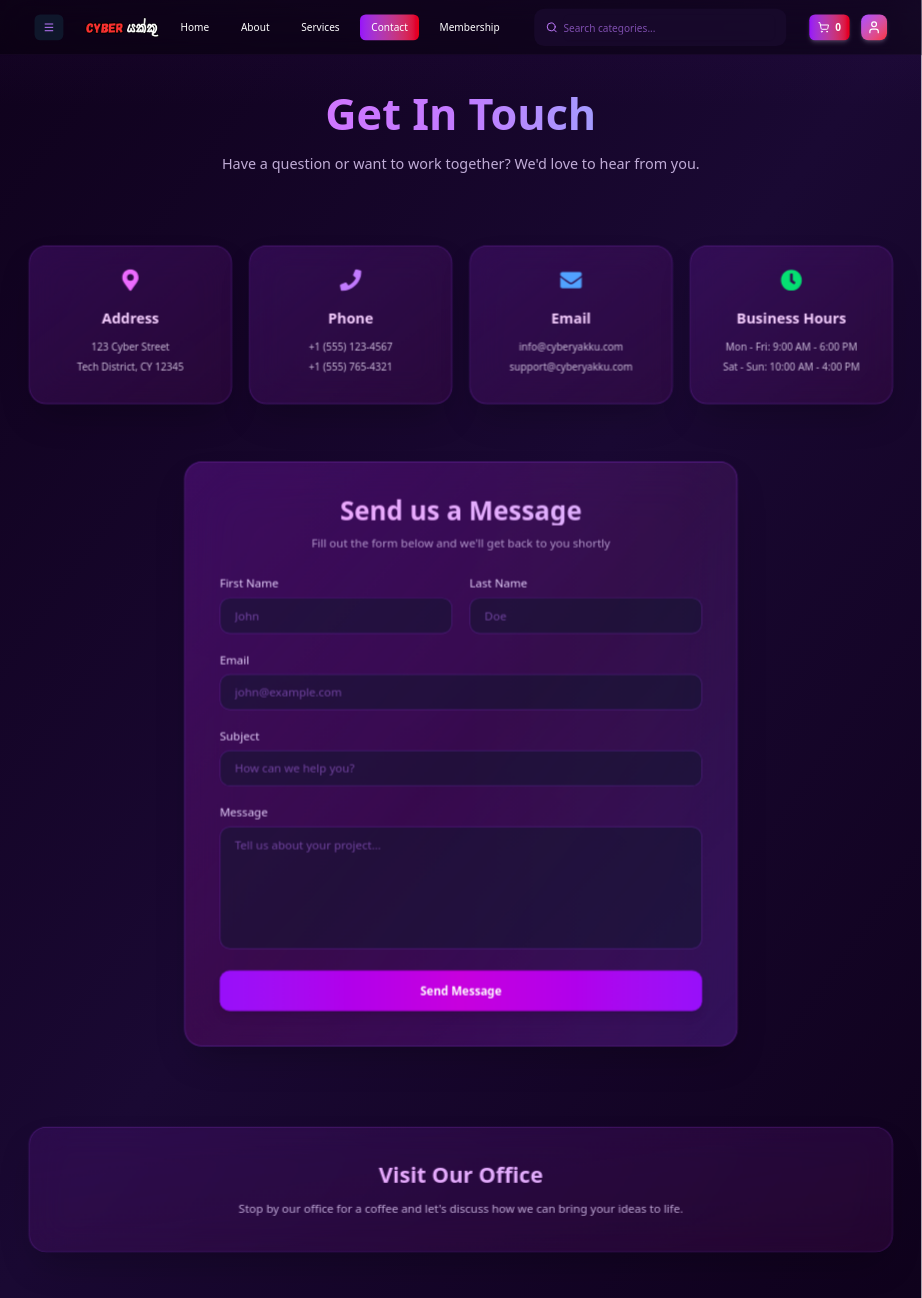
Repository: chamodya-hirusha/mta_sa_cyber_yakku_web
Page: /contact
The author's editor kept a copy of each file at every save. The page is drawn from the files as they stood at one save, then again after a run of saves.
The browser window is 1280 px wide. The pictures show the whole page, at 72% of full size.
The project was rebuilt for these pictures with package versions that can differ from the ones it lists, and the page was loaded fresh each time. The framework's server and built-in components were replaced by stand-ins that run in the browser. Also part of the build but not shown: next.config.mjs, components/user/UserProfileSection.jsx, components/navigation/NavigationLinks.jsx, components/ui/dialog.jsx, components/LoginPopup.jsx. Imported but missing from the stored project, and not drawn on this page: components/AdditionalMenu, components/SideNavHeader.

Above is the page before, as saved 2025-10-19 14:01:30.

### app/contact/page.jsx
"use client";

import React, { useState } from "react";
import { FaMapMarkerAlt, FaPhone, FaEnvelope, FaClock } from "react-icons/fa";
import SideNav from '../../components/SideNav';
import HeaderBar from '../../components/HeaderBar';

export default function ContactPage() {
  const [cart, setCart] = useState([]);
  const [showCart, setShowCart] = useState(false);
  const [sidenavOpen, setShowSidenav] = useState(false);
  const [isLoggedIn, setIsLoggedIn] = useState(false);
  const [activeTab, setActiveTab] = useState('contact');
  const [formData, setFormData] = useState({
    firstName: '',
    lastName: '',
    email: '',
    subject: '',
    message: ''
  });
  const [focusedField, setFocusedField] = useState(null);

  const headerTabs = [
    { id: 'contact', label: 'Contact', icon: '📞' },
  ];

  const contactInfo = [
    {
      icon: <FaMapMarkerAlt className="text-3xl text-fuchsia-400" />,
      title: "Address",
      details: ["123 Cyber Street", "Tech District, CY 12345"],
      gradient: "from-purple-600/20 to-fuchsia-600/20"
    },
    {
      icon: <FaPhone className="text-3xl text-purple-400" />,
      title: "Phone",
      details: ["+1 (555) 123-4567", "+1 (555) 765-4321"],
      gradient: "from-blue-600/20 to-purple-600/20"
    },
    {
      icon: <FaEnvelope className="text-3xl text-blue-400" />,
      title: "Email",
      details: ["info@cyberyakku.com", "support@cyberyakku.com"],
      gradient: "from-cyan-600/20 to-blue-600/20"
    },
    {
      icon: <FaClock className="text-3xl text-green-400" />,
      title: "Business Hours",
      details: ["Mon - Fri: 9:00 AM - 6:00 PM", "Sat - Sun: 10:00 AM - 4:00 PM"],
      gradient: "from-green-600/20 to-emerald-600/20"
    }
  ];

  const handleSubmit = (e) => {
    e.preventDefault();
    console.log('Form submitted:', formData);
  };

  const handleChange = (e) => {
    setFormData({
      ...formData,
      [e.target.name]: e.target.value
    });
  };

  return (
    <div className="min-h-screen bg-gradient-to-br from-[#0f021c] via-[#1a0933] to-[#0f021c] text-gray-100">

      {/* Side Navigation */}
      <SideNav
        isLoggedIn={isLoggedIn}
        setIsLoggedIn={setIsLoggedIn}
        sidenavOpen={sidenavOpen}
        setShowSidenav={setShowSidenav}
        activeTab="contact"
        setActiveTab={setActiveTab}
      />

      {/* Header */}
      <HeaderBar
        cartCount={cart.length}
        onCartClick={() => setShowCart(!showCart)}
        onMenuClick={() => setShowSidenav(!sidenavOpen)}
        headerTabs={headerTabs}
        activeTab={activeTab}
        setActiveTab={setActiveTab}
      />

      {/* Hero Section */}
      <section className="pt-32 pb-12 px-6 relative overflow-hidden">
        <div className="absolute inset-0 bg-gradient-to-b from-purple-900/10 via-transparent to-transparent pointer-events-none"></div>
        <div className="container mx-auto text-center relative z-10">
          <h1 className="text-5xl md:text-6xl font-bold mb-6 bg-gradient-to-r from-fuchsia-400 via-purple-400 to-cyan-400 bg-clip-text text-transparent">
            Get In Touch
          </h1>
          <p className="text-xl text-purple-200/80 max-w-2xl mx-auto leading-relaxed">
            Have a question or want to work together? We'd love to hear from you.
          </p>
        </div>
      </section>

      {/* Contact Information Cards */}
      <section className="py-12 px-6">
        <div className="container mx-auto">
          <div className="grid md:grid-cols-2 lg:grid-cols-4 gap-6 mb-20">
            {contactInfo.map((info, index) => (
              <div
                key={index}
                className="group relative bg-gradient-to-br from-purple-900/40 to-fuchsia-900/20 backdrop-blur-xl p-8 rounded-3xl shadow-2xl border border-purple-500/30 text-center hover:scale-105 transition-all duration-300 hover:shadow-fuchsia-500/20 overflow-hidden"
              >
                <div className={`absolute inset-0 bg-gradient-to-br ${info.gradient} opacity-0 group-hover:opacity-100 transition-opacity duration-300`}></div>
                <div className="relative z-10">
                  <div className="mb-6 flex justify-center transform group-hover:scale-110 group-hover:rotate-6 transition-transform duration-300">
                    {info.icon}
                  </div>
                  <h3 className="text-xl font-bold mb-4 text-fuchsia-200">
                    {info.title}
                  </h3>
                  {info.details.map((detail, idx) => (
                    <p key={idx} className="text-purple-100/80 mb-2 text-sm">
                      {detail}
                    </p>
                  ))}
                </div>
              </div>
            ))}
          </div>

          {/* Contact Form */}
          <div className="max-w-3xl mx-auto">
            <div className="bg-gradient-to-br from-purple-900/50 via-fuchsia-900/30 to-purple-900/50 backdrop-blur-2xl p-10 md:p-12 rounded-3xl shadow-2xl border border-purple-500/40 relative overflow-hidden">
              {/* Animated background effect */}
              <div className="absolute inset-0 bg-gradient-to-r from-fuchsia-600/5 via-purple-600/5 to-cyan-600/5 animate-pulse"></div>

              <div className="relative z-10">
                <h2 className="text-4xl font-bold mb-3 text-center bg-gradient-to-r from-fuchsia-300 to-purple-300 bg-clip-text text-transparent">
                  Send us a Message
                </h2>
                <p className="text-center text-purple-200/70 mb-8">
                  Fill out the form below and we'll get back to you shortly
                </p>

                <form onSubmit={handleSubmit} className="space-y-6">
                  <div className="grid md:grid-cols-2 gap-6">
                    <div>
                      <label className="block text-purple-200 mb-2 font-medium">First Name</label>
                      <input
                        type="text"
                        name="firstName"
                        value={formData.firstName}
                        onChange={handleChange}
                        onFocus={() => setFocusedField('firstName')}
                        onBlur={() => setFocusedField(null)}
                        className={`w-full bg-slate-900/50 border ${focusedField === 'firstName' ? 'border-fuchsia-500' : 'border-purple-500/30'} rounded-xl px-5 py-3 text-white placeholder-purple-400/50 focus:ring-2 focus:ring-fuchsia-500/50 focus:border-fuchsia-500 transition-all duration-300 outline-none`}
                        placeholder="John"
                      />
                    </div>
                    <div>
                      <label className="block text-purple-200 mb-2 font-medium">Last Name</label>
                      <input
                        type="text"
                        name="lastName"
                        value={formData.lastName}
                        onChange={handleChange}
                        onFocus={() => setFocusedField('lastName')}
                        onBlur={() => setFocusedField(null)}
                        className={`w-full bg-slate-900/50 border ${focusedField === 'lastName' ? 'border-fuchsia-500' : 'border-purple-500/30'} rounded-xl px-5 py-3 text-white placeholder-purple-400/50 focus:ring-2 focus:ring-fuchsia-500/50 focus:border-fuchsia-500 transition-all duration-300 outline-none`}
                        placeholder="Doe"
                      />
                    </div>
                  </div>

                  <div>
                    <label className="block text-purple-200 mb-2 font-medium">Email</label>
                    <input
                      type="email"
                      name="email"
                      value={formData.email}
                      onChange={handleChange}
                      onFocus={() => setFocusedField('email')}
                      onBlur={() => setFocusedField(null)}
                      className={`w-full bg-slate-900/50 border ${focusedField === 'email' ? 'border-fuchsia-500' : 'border-purple-500/30'} rounded-xl px-5 py-3 text-white placeholder-purple-400/50 focus:ring-2 focus:ring-fuchsia-500/50 focus:border-fuchsia-500 transition-all duration-300 outline-none`}
                      placeholder="john@example.com"
                    />
                  </div>

                  <div>
                    <label className="block text-purple-200 mb-2 font-medium">Subject</label>
                    <input
                      type="text"
                      name="subject"
                      value={formData.subject}
                      onChange={handleChange}
                      onFocus={() => setFocusedField('subject')}
                      onBlur={() => setFocusedField(null)}
                      className={`w-full bg-slate-900/50 border ${focusedField === 'subject' ? 'border-fuchsia-500' : 'border-purple-500/30'} rounded-xl px-5 py-3 text-white placeholder-purple-400/50 focus:ring-2 focus:ring-fuchsia-500/50 focus:border-fuchsia-500 transition-all duration-300 outline-none`}
                      placeholder="How can we help you?"
                    />
                  </div>

                  <div>
                    <label className="block text-purple-200 mb-2 font-medium">Message</label>
                    <textarea
                      name="message"
                      value={formData.message}
                      onChange={handleChange}
                      onFocus={() => setFocusedField('message')}
                      onBlur={() => setFocusedField(null)}
                      rows="6"
                      className={`w-full bg-slate-900/50 border ${focusedField === 'message' ? 'border-fuchsia-500' : 'border-purple-500/30'} rounded-xl px-5 py-3 text-white placeholder-purple-400/50 focus:ring-2 focus:ring-fuchsia-500/50 focus:border-fuchsia-500 transition-all duration-300 outline-none resize-none`}
                      placeholder="Tell us about your project..."
                    ></textarea>
                  </div>

                  <button
                    type="submit"
                    className="w-full bg-gradient-to-r from-purple-600 via-fuchsia-600 to-purple-600 hover:from-purple-700 hover:via-fuchsia-700 hover:to-purple-700 text-white font-bold py-4 px-8 rounded-xl transition-all duration-300 shadow-lg hover:shadow-fuchsia-500/50 transform hover:scale-[1.02] active:scale-[0.98] relative overflow-hidden group"
                  >
                    <span className="relative z-10">Send Message</span>
                    <div className="absolute inset-0 bg-gradient-to-r from-fuchsia-600 to-purple-600 opacity-0 group-hover:opacity-100 transition-opacity duration-300"></div>
                  </button>
                </form>
              </div>
            </div>
          </div>
        </div>
      </section>

      {/* Map or Additional Section */}
      <section className="py-16 px-6">
        <div className="container mx-auto">
          <div className="bg-gradient-to-br from-purple-900/30 to-fuchsia-900/20 backdrop-blur-xl p-12 rounded-3xl shadow-2xl border border-purple-500/30 text-center">
            <h3 className="text-3xl font-bold mb-4 bg-gradient-to-r from-fuchsia-300 to-purple-300 bg-clip-text text-transparent">
              Visit Our Office
            </h3>
            <p className="text-purple-200/80 max-w-2xl mx-auto">
              Stop by our office for a coffee and let's discuss how we can bring your ideas to life.
            </p>
          </div>
        </div>
      </section>
    </div>
  );
}

### components/ui/sheet.jsx
"use client"

import * as React from "react"
import * as SheetPrimitive from "@radix-ui/react-dialog"
import { XIcon } from "lucide-react"

import { cn } from "@/lib/utils"

function Sheet({
  ...props
}) {
  return <SheetPrimitive.Root data-slot="sheet" {...props} />;
}

function SheetTrigger({
  ...props
}) {
  return <SheetPrimitive.Trigger data-slot="sheet-trigger" {...props} />;
}

function SheetClose({
  ...props
}) {
  return <SheetPrimitive.Close data-slot="sheet-close" {...props} />;
}

function SheetPortal({
  ...props
}) {
  return <SheetPrimitive.Portal data-slot="sheet-portal" {...props} />;
}

function SheetOverlay({
  className,
  ...props
}) {
  return (
    <SheetPrimitive.Overlay
      data-slot="sheet-overlay"
      className={cn(
        "data-[state=open]:animate-in data-[state=closed]:animate-out data-[state=closed]:fade-out-0 data-[state=open]:fade-in-0 fixed inset-0 z-50 bg-black/50",
        className
      )}
      {...props} />
  );
}

function SheetContent({
  className,
  children,
  side = "right",
  ...props
}) {
  return (
    <SheetPortal>
      <SheetOverlay />
      <SheetPrimitive.Content
        data-slot="sheet-content"
        className={cn(
          "bg-background data-[state=open]:animate-in data-[state=closed]:animate-out fixed z-50 flex flex-col gap-4 shadow-lg transition ease-in-out data-[state=closed]:duration-300 data-[state=open]:duration-500",
          side === "right" &&
            "data-[state=closed]:slide-out-to-right data-[state=open]:slide-in-from-right inset-y-0 right-0 h-full w-3/4 border-l sm:max-w-sm",
          side === "left" &&
            "data-[state=closed]:slide-out-to-left data-[state=open]:slide-in-from-left inset-y-0 left-0 h-full w-3/4 border-r sm:max-w-sm",
          side === "top" &&
            "data-[state=closed]:slide-out-to-top data-[state=open]:slide-in-from-top inset-x-0 top-0 h-auto border-b",
          side === "bottom" &&
            "data-[state=closed]:slide-out-to-bottom data-[state=open]:slide-in-from-bottom inset-x-0 bottom-0 h-auto border-t",
          className
        )}
        {...props}>
        {children}
        <SheetPrimitive.Close
          className="ring-offset-background focus:ring-ring data-[state=open]:bg-secondary absolute top-4 right-4 rounded-xs opacity-70 transition-opacity hover:opacity-100 focus:ring-2 focus:ring-offset-2 focus:outline-hidden disabled:pointer-events-none">
          <XIcon className="size-4" />
          <span className="sr-only">Close</span>
        </SheetPrimitive.Close>
      </SheetPrimitive.Content>
    </SheetPortal>
  );
}

function SheetHeader({
  className,
  ...props
}) {
  return (
    <div
      data-slot="sheet-header"
      className={cn("flex flex-col gap-1.5 p-4", className)}
      {...props} />
  );
}

function SheetFooter({
  className,
  ...props
}) {
  return (
    <div
      data-slot="sheet-footer"
      className={cn("mt-auto flex flex-col gap-2 p-4", className)}
      {...props} />
  );
}

function SheetTitle({
  className,
  ...props
}) {
  return (
    <SheetPrimitive.Title
      data-slot="sheet-title"
      className={cn("text-foreground font-semibold", className)}
      {...props} />
  );
}

function SheetDescription({
  className,
  ...props
}) {
  return (
    <SheetPrimitive.Description
      data-slot="sheet-description"
      className={cn("text-muted-foreground text-sm", className)}
      {...props} />
  );
}

export {
  Sheet,
  SheetTrigger,
  SheetClose,
  SheetContent,
  SheetHeader,
  SheetFooter,
  SheetTitle,
  SheetDescription,
}

### components/ui/button.jsx
import * as React from "react"
import { Slot } from "@radix-ui/react-slot"
import { cva } from "class-variance-authority";

import { cn } from "@/lib/utils"

const buttonVariants = cva(
  "inline-flex items-center justify-center gap-2 whitespace-nowrap rounded-md text-sm font-medium transition-all disabled:pointer-events-none disabled:opacity-50 [&_svg]:pointer-events-none [&_svg:not([class*='size-'])]:size-4 shrink-0 [&_svg]:shrink-0 outline-none focus-visible:border-ring focus-visible:ring-ring/50 focus-visible:ring-[3px] aria-invalid:ring-destructive/20 dark:aria-invalid:ring-destructive/40 aria-invalid:border-destructive",
  {
    variants: {
      variant: {
        default: "bg-primary text-primary-foreground hover:bg-primary/90",
        destructive:
          "bg-destructive text-white hover:bg-destructive/90 focus-visible:ring-destructive/20 dark:focus-visible:ring-destructive/40 dark:bg-destructive/60",
        outline:
          "border bg-background shadow-xs hover:bg-accent hover:text-accent-foreground dark:bg-input/30 dark:border-input dark:hover:bg-input/50",
        secondary:
          "bg-secondary text-secondary-foreground hover:bg-secondary/80",
        ghost:
          "hover:bg-accent hover:text-accent-foreground dark:hover:bg-accent/50",
        link: "text-primary underline-offset-4 hover:underline",
      },
      size: {
        default: "h-9 px-4 py-2 has-[>svg]:px-3",
        sm: "h-8 rounded-md gap-1.5 px-3 has-[>svg]:px-2.5",
        lg: "h-10 rounded-md px-6 has-[>svg]:px-4",
        icon: "size-9",
        "icon-sm": "size-8",
        "icon-lg": "size-10",
      },
    },
    defaultVariants: {
      variant: "default",
      size: "default",
    },
  }
)

function Button({
  className,
  variant,
  size,
  asChild = false,
  children,
  ...props
}) {
  const Comp = asChild ? Slot : "button"
return (
  <Comp
    data-slot="button"
    className={cn(buttonVariants({ variant, size, className }))}
    {...props}>
    {children}
  </Comp>
);
}

export { Button, buttonVariants }

### components/HeaderNav.jsx
"use client"
import Link from "next/link";
import { usePathname } from "next/navigation";
import { Button } from "./ui/button";

const links = [
    {
        name: "home",
        path: "/"
    },
    {
        name: "about",
        path: "/about"
    },
    {
        name: "services",
        path: "/services"
    },
    {
        name: "contact",
        path: "/contact"
    },
    {
        name: "membership",
        path: "/membership"
    }
];

const Nav = () => {
    const pathname = usePathname();
    console.log(pathname);

    return (
        <nav className="flex gap-3">
            {links.map((link, index) => {
                const isActive = link.path === pathname;
                const isHomeActive = isActive && link.path === "/";

                return (
                    <Button
                        key={index}
                        asChild
                        variant={isActive ? "default" : "ghost"}
                        className={
                            isHomeActive
                                ? "bg-gradient-to-r from-purple-400  to-amber-600 text-black hover:from-amber-500 hover:to-amber-700"
                                : isActive
                                ? "bg-gradient-to-r from-purple-600 to-red-600 text-white"
                                : "text-white hover:text-purple300 hover:bg-purple-900/30"
                        }
                        aria-current={isActive ? "page" : undefined}
                    >
                        <Link href={link.path} className="capitalize">
                            {link.name}
                        </Link>
                    </Button>
                );
            })}
        </nav>
    );
};

export default Nav;

### components/common/SearchBar.jsx
"use client";

import * as React from "react";
import { Input } from "@/components/ui/input";
import { Search } from "lucide-react";
import { cn } from "@/lib/utils"; // shadcn cn utility (classNames merge)
export default function SearchBar({
  value = "",
  onChange,
  placeholder = "Search categories...",
  width = "350px",
  className,
  ...props
}) {
  const rootStyle =
    typeof width === "string" && width.startsWith("w-")
      ? width
      : undefined;

  return (
    <div
      className={cn(
        "flex items-center gap-2 rounded-xl px-4 py-2 shadow-inner transition-all duration-300 focus-within:shadow-[0_0_12px_rgba(168,85,247,0.5)]",
        "bg-muted/70 text-muted-foreground",
        "bg-[#1a0b2e]/80",
        "shadow-purple-700/30",
        rootStyle,
        className
      )}
      style={
        !rootStyle
          ?
            { width: typeof width === "number" ? `${width}px` : width }
          : undefined
      }
    >
      <Search className="text-purple-400" size={18} />
      <Input
        type="text"
        placeholder={placeholder}
        className="bg-transparent border-0 text-white placeholder:text-purple-400/60 focus:ring-0 focus-visible:ring-0 w-full p-0"
        value={value}
        onChange={onChange}
        {...props}
      />
    </div>
  );
}

### components/ui/input.jsx
import * as React from "react"
import { cn } from "@/lib/utils"

function Input({ className, type, value, onChange, ...props }) {
  return (
    <input
      type={type}
      onChange={onChange}
      data-slot="input"
      className={cn(
        "file:text-foreground placeholder:text-muted-foreground selection:bg-primary selection:text-primary-foreground dark:bg-input/30 border-input h-9 w-full min-w-0 rounded-md border bg-transparent px-3 py-1 text-base shadow-xs transition-[color,box-shadow] outline-none file:inline-flex file:h-7 file:border-0 file:bg-transparent file:text-sm file:font-medium disabled:pointer-events-none disabled:cursor-not-allowed disabled:opacity-50 md:text-sm",
        "focus-visible:border-ring focus-visible:ring-ring/50 focus-visible:ring-[3px]",
        "aria-invalid:ring-destructive/20 dark:aria-invalid:ring-destructive/40 aria-invalid:border-destructive",
        className
      )}
      {...props}
    />
  );
}

export { Input }

Loaded but not shown: app/layout.jsx (common file); lib/utils.js (library); app/globals.css (265 lines, source omitted); components/HeaderBar.jsx (173 lines, source omitted); components/SideNav.jsx (146 lines, source omitted)

After the next 2 saves:
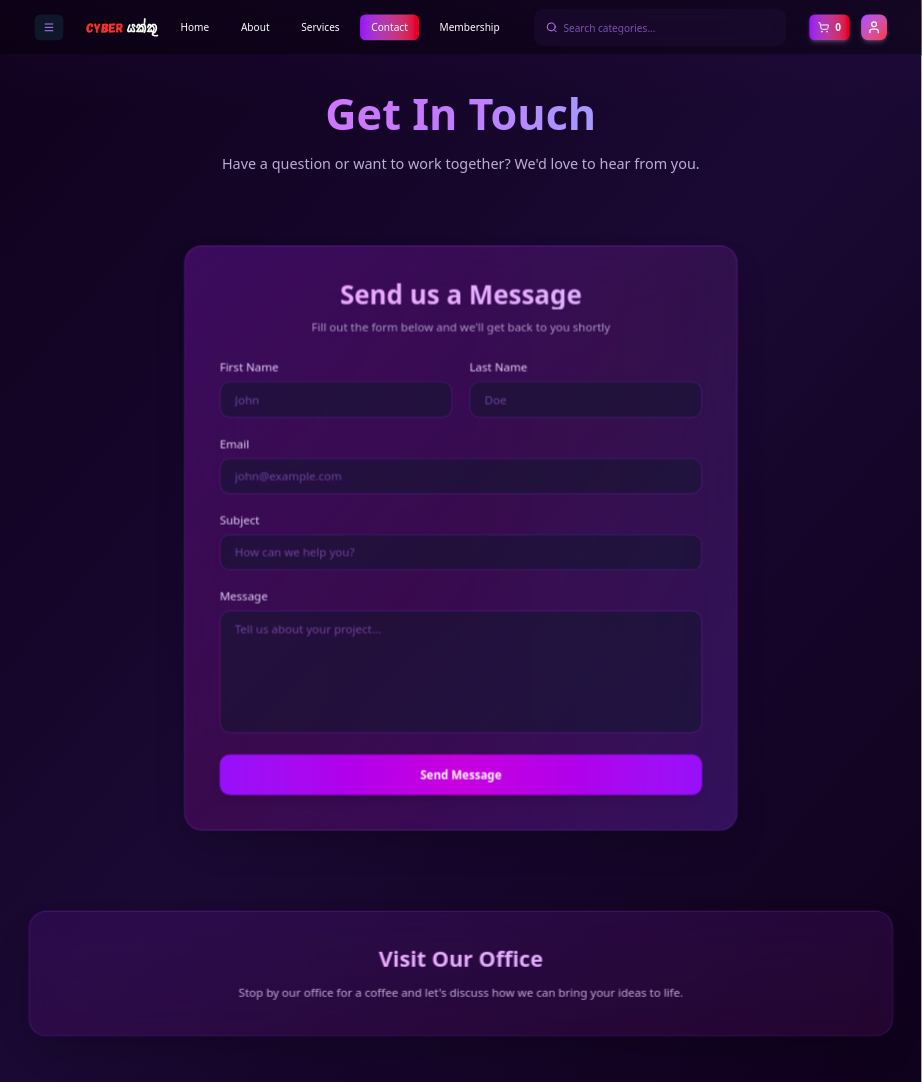
The 2 saves are shown as one change because they came seconds apart.
The last was saved 34 s later.
--- a/app/contact/page.jsx
+++ b/app/contact/page.jsx
@@ -102,29 +102,6 @@ export default function ContactPage() {
       {/* Contact Information Cards */}
       <section className="py-12 px-6">
         <div className="container mx-auto">
-          <div className="grid md:grid-cols-2 lg:grid-cols-4 gap-6 mb-20">
-            {contactInfo.map((info, index) => (
-              <div
-                key={index}
-                className="group relative bg-gradient-to-br from-purple-900/40 to-fuchsia-900/20 backdrop-blur-xl p-8 rounded-3xl shadow-2xl border border-purple-500/30 text-center hover:scale-105 transition-all duration-300 hover:shadow-fuchsia-500/20 overflow-hidden"
-              >
-                <div className={`absolute inset-0 bg-gradient-to-br ${info.gradient} opacity-0 group-hover:opacity-100 transition-opacity duration-300`}></div>
-                <div className="relative z-10">
-                  <div className="mb-6 flex justify-center transform group-hover:scale-110 group-hover:rotate-6 transition-transform duration-300">
-                    {info.icon}
-                  </div>
-                  <h3 className="text-xl font-bold mb-4 text-fuchsia-200">
-                    {info.title}
-                  </h3>
-                  {info.details.map((detail, idx) => (
-                    <p key={idx} className="text-purple-100/80 mb-2 text-sm">
-                      {detail}
-                    </p>
-                  ))}
-                </div>
-              </div>
-            ))}
-          </div>
 
           {/* Contact Form */}
           <div className="max-w-3xl mx-auto">
